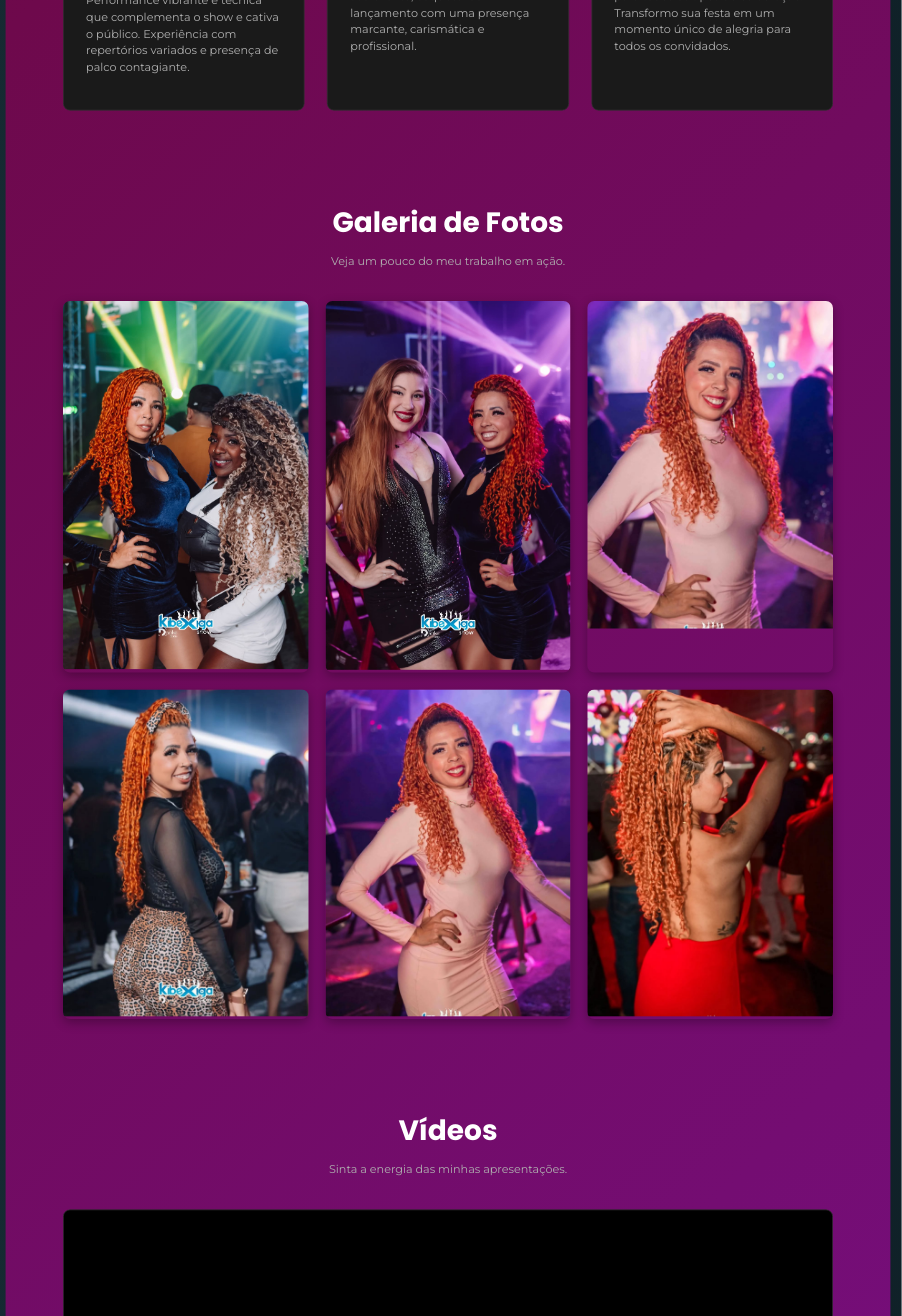
Repository: nardogod/portfolio-mila-machado
Page: /portfolio
The author's editor kept a copy of each file at every save. The page is drawn from the files as they stood at one save, then again after the next save.
The browser window is 1280 px wide. The page is 1288 px wide, so the pictures cover 1288 px, including what lies to the right of the window. The pictures show the part of the page from y = 977 to 2857 px (the page is 3785 px tall), at 70% of full size.
Pictures or frames that could not be fetched are drawn as grey boxes. The project was rebuilt for these pictures with package versions that can differ from the ones it lists, and the page was loaded fresh each time. The framework's server and built-in components were replaced by stand-ins that run in the browser.

Above is the page before, as saved 2025-08-19 04:53:30.

### pages/portfolio.tsx
import type { NextPage } from "next";
import Head from "next/head";
import Image from "next/image";
import Link from "next/link";
import styles from "../styles/Portfolio.module.css";

// --- ESTRUTURA DE DADOS PARA A PÁGINA ---

// Seção principal, o "cartão de visitas" digital dela.
const heroData = {
  title: "Mila Machado",
  subtitle: "Energia e Dança que Transformam o seu Evento",
  description:
    "Especialista em levar alegria e profissionalismo para palcos e festas. Com anos de experiência em forró, presença VIP e animação, garanto um evento inesquecível.",
  imageUrl: "/images/mila-principal.jpg", // Dica: Use a melhor foto dela aqui!
  cta: {
    text: "Faça um Orçamento via WhatsApp",
    link: "https://wa.me/5511999999999", // Dica: Use seu link do WhatsApp aqui
  },
};

// Detalhando os serviços que ela oferece.
const services = [
  {
    id: "danca",
    title: "Dança para Bandas de Forró",
    description:
      "Performance vibrante e técnica que complementa o show e cativa o público. Experiência com repertórios variados e presença de palco contagiante.",
  },
  {
    id: "vip",
    title: "Presença VIP",
    description:
      "Agregue valor e sofisticação ao seu evento, coquetel ou lançamento com uma presença marcante, carismática e profissional.",
  },
  {
    id: "animacao",
    title: "Animação de Festas",
    description:
      "Interação, diversão e personagens para todos os tipos de celebração. Transformo sua festa em um momento único de alegria para todos os convidados.",
  },
];

// --- DADOS DA GALERIA ---
// Dica: Para adicionar mais fotos, coloque os arquivos na pasta `public/images`
// e adicione um novo objeto a este array.
const galleryImages = [
  {
    src: "/images/evento-forro-1.jpg",
    alt: "Mila dançando em show de forró",
  },
  { src: "/images/foto4.jpg", alt: "Mila em evento VIP" },
  {
    src: "/images/foto02.jpg",
    alt: "Mila animando festa com fantasia",
  },
  { src: "/images/foto3.jpg", alt: "Mila em outro show de forró" },
  { src: "/images/foto01.jpg", alt: "Mila em outro show de forró" },
  { src: "/images/foto03.jpg", alt: "Mila em outro show de forró" },
];

const PortfolioPage: NextPage = () => {
  return (
    <div className={styles.container}>
      <Head>
        <title>
          Mila Machado - Dançarina, Presença VIP e Animação de Eventos
        </title>
        <meta
          name="description"
          content="Portfólio de Mila Machado. Contrate para shows de forró, presença VIP e animação de festas. Energia que contagia!"
        />
        <link rel="preconnect" href="https://fonts.googleapis.com" />
        <link
          rel="preconnect"
          href="https://fonts.gstatic.com"
          crossOrigin="anonymous"
        />
        <link
          href="https://fonts.googleapis.com/css2?family=Poppins:wght@700;900&family=Montserrat:wght@400;500&display=swap"
          rel="stylesheet"
        />
      </Head>

      <header className={styles.header}>
        <nav className={styles.navbar}>
          <a href="#servicos" className={styles.navLink}>
            Serviços
          </a>
          <a href="#galeria" className={styles.navLink}>
            Galeria
          </a>
          <a href="#sobre" className={styles.navLink}>
            Sobre Mim
          </a>
          <a href="#contato" className={styles.navLink}>
            Contato
          </a>
        </nav>
      </header>

      <main className={styles.mainContent}>
        {/* Seção Hero - O primeiro impacto */}
        <section className={styles.heroSection}>
          <div className={styles.heroText}>
            <h1 className={styles.title}>{heroData.title}</h1>
            <h2 className={styles.subtitle}>{heroData.subtitle}</h2>
            <p className={styles.description}>{heroData.description}</p>
            <a
              href={heroData.cta.link}
              target="_blank"
              rel="noopener noreferrer"
              className={styles.ctaButton}
            >
              {heroData.cta.text}
            </a>
          </div>
          <div className={styles.heroImageWrapper}>
            <Image
              src={heroData.imageUrl}
              alt={`Foto principal de ${heroData.title}`}
              layout="fill"
              objectFit="cover"
              className={styles.portfolioImage}
              priority // Otimiza o carregamento da imagem principal
            />
          </div>
        </section>

        {/* Seção de Serviços */}
        <section id="servicos" className={styles.skillsSection}>
          <h2 className={styles.skillsTitle}>Meus Serviços</h2>
          <div className={styles.skillsGrid}>
            {services.map((service) => (
              <div key={service.id} className={styles.skillCard}>
                <h3 className={styles.skillCardTitle}>{service.title}</h3>
                <p className={styles.skillCardDescription}>
                  {service.description}
                </p>
              </div>
            ))}
          </div>
        </section>

        {/* Seção de Galeria (Sugestão) */}
        <section
          id="galeria"
          className={`${styles.skillsSection} ${styles.gallerySection}`}
        >
          <h2 className={`${styles.skillsTitle} ${styles.galleryTitle}`}>
            Galeria de Fotos
          </h2>
          <p className={styles.gallerySubtitle}>
            Veja um pouco do meu trabalho em ação.
          </p>
          <div className={styles.galleryGrid}>
            {/* Mapeando as imagens da galeria dinamicamente */}
            {galleryImages.map((image, index) => (
              <div key={index} className={styles.galleryItem}>
                <Image
                  src={image.src}
                  alt={image.alt}
                  layout="responsive"
                  width={500}
                  height={500}
                />
              </div>
            ))}
          </div>
        </section>

        {/* Seção de Vídeos */}
        <section
          id="videos"
          className={`${styles.skillsSection} ${styles.videoSection}`}
        >
          <h2 className={`${styles.skillsTitle} ${styles.videoTitle}`}>
            Vídeos
          </h2>
          <p className={styles.gallerySubtitle}>
            Sinta a energia das minhas apresentações.
          </p>
          <div className={styles.videoWrapper}>
            {/* Dica: Substitua o link abaixo pelo link do seu vídeo no YouTube */}
            <iframe
              src="https://www.youtube.com/embed/VIDEO_ID_AQUI"
              title="YouTube video player"
              frameBorder="0"
              allow="accelerometer; autoplay; clipboard-write; encrypted-media; gyroscope; picture-in-picture"
              allowFullScreen
            ></iframe>
          </div>
        </section>

        <section id="contato" className={styles.contactSection}>
          <h2 className={styles.contactTitle}>Vamos Conversar?</h2>
          <a
            href={heroData.cta.link}
            target="_blank"
            rel="noopener noreferrer"
            className={`${styles.ctaButton} ${styles.submitButton}`}
          >
            Chamar no WhatsApp
          </a>
        </section>
      </main>

      <Link href="/" className={styles.backLink}>
        ↫ Voltar
      </Link>
    </div>
  );
};

export default PortfolioPage;

### styles/globals.css
body {
  /* Este gradiente escuro e sofisticado será a base */
  background: linear-gradient(270deg, #0f2027, #203a43, #2c5364);

  /* A animação fará o gradiente se mover suavemente */
  background-size: 600% 600%;
  animation: gradientAnimation 16s ease infinite;

  color: white; /* Define a cor do texto padrão como branco */
}

@keyframes gradientAnimation {
  0% {
    background-position: 0% 50%;
  }
  50% {
    background-position: 100% 50%;
  }
  100% {
    background-position: 0% 50%;
  }
}

### styles/Portfolio.module.css
/* =================================== */
/*          Configuração Base          */
/* =================================== */
.container {
  display: flex;
  flex-direction: column;
  justify-content: center;
  align-items: center;
  min-height: 100vh;
  padding: 2rem;
  /* Efeito de fundo com gradiente animado */
  background: linear-gradient(315deg, #da3012, #770f85, #680526, #1a0625);
  background-size: 400% 400%;
  animation: gradientAnimation 20s ease-in-out infinite;
  color: #f0f0f0;
}

/* =================================== */
/*              Cabeçalho              */
/* =================================== */
.header {
  position: fixed;
  top: 0;
  left: 0;
  width: 100%;
  background: rgba(0, 0, 0, 0.7);
  -webkit-backdrop-filter: blur(8px);
  backdrop-filter: blur(8px);
  z-index: 100;
  padding: 1rem 0;
  border-bottom: 1px solid rgba(255, 255, 255, 0.1);
}

.navbar {
  max-width: 1100px;
  margin: 0 auto;
  display: flex;
  justify-content: center;
  gap: 2.5rem;
}

.navLink {
  color: #e0e0e0;
  text-decoration: none;
  font-family: "Montserrat", sans-serif;
  font-weight: 500;
  font-size: 1rem;
  transition: color 0.3s ease;
}

.navLink:hover {
  color: #ff0055; /* Cor de destaque */
}

/* =================================== */
/*           Conteúdo Principal        */
/* =================================== */
.mainContent {
  display: flex;
  flex-direction: column;
  gap: 6rem; /* Espaço entre as seções */
  width: 100%;
  max-width: 1100px;
  margin-top: 5rem; /* Espaço para o header fixo */
}

/* Seção Hero - O primeiro impacto */
.heroSection {
  width: 100%;
  display: flex;
  gap: 3rem;
  align-items: center;
  opacity: 0;
  animation: fadeInCard 0.8s 0.2s ease-out forwards;
}

.heroText {
  flex: 1.5;
}

.heroImageWrapper {
  flex: 1;
  position: relative;
  height: 500px;
  border-radius: 10px;
  overflow: hidden;
  box-shadow: 0 10px 30px rgba(0, 0, 0, 0.5);
}

.portfolioImage {
  border-radius: 10px;
  object-fit: cover;
}

.title {
  font-family: "Poppins", sans-serif;
  font-weight: 900;
  font-size: 3.5rem;
  color: #ffffff;
  margin-bottom: 1rem;
  line-height: 1.1;
}

.subtitle {
  font-family: "Poppins", sans-serif;
  font-weight: 700;
  font-size: 1.5rem;
  color: #ff0055;
  margin-bottom: 1.5rem;
}

.description {
  font-family: "Montserrat", sans-serif;
  font-size: 1.1rem;
  line-height: 1.6;
  color: #e0e0e0;
  margin-bottom: 2rem;
  max-width: 600px;
}

.ctaButton {
  font-family: "Poppins", sans-serif;
  background-color: #ff0055;
  color: #ffffff;
  padding: 12px 24px;
  border-radius: 50px;
  text-decoration: none;
  font-weight: 700;
  text-align: center;
  transition: all 0.3s ease;
  border: none;
  cursor: pointer;
}

.ctaButton:hover {
  transform: translateY(-3px);
  box-shadow: 0 10px 20px rgba(255, 0, 85, 0.3);
}

/* =================================== */
/*          Animações e Links          */
/* =================================== */
@keyframes gradientAnimation {
  0% {
    background-position: 0% 50%;
  }
  50% {
    background-position: 100% 50%;
  }
  100% {
    background-position: 0% 50%;
  }
}

@keyframes fadeInCard {
  from {
    opacity: 0;
    transform: translateY(20px);
  }
  to {
    opacity: 1;
    transform: translateY(0);
  }
}

.backLink {
  margin-top: 4rem;
  color: #aaa;
  text-decoration: none;
  transition: color 0.3s ease;
}

.backLink:hover {
  color: #fff;
}

/* =================================== */
/*          Seção de Serviços          */
/* =================================== */
.skillsSection {
  width: 100%;
  max-width: 1100px;
  text-align: center;
  animation: fadeInCard 0.8s 0.5s ease-out forwards;
  opacity: 0;
}

.skillsTitle {
  font-family: "Poppins", sans-serif;
  font-weight: 700;
  font-size: 2.5rem;
  color: #ffffff;
  margin-bottom: 3rem;
}

.skillsGrid {
  display: grid;
  grid-template-columns: repeat(auto-fit, minmax(280px, 1fr));
  gap: 2rem;
}

.skillCard {
  background: #1a1a1a;
  border: 1px solid #333;
  padding: 2rem;
  border-radius: 10px;
  transition: transform 0.3s ease, box-shadow 0.3s ease;
  text-align: left;
}

.skillCard:hover {
  transform: translateY(-5px);
  border-color: #ff0055;
}

.skillCardTitle {
  font-family: "Poppins", sans-serif;
  font-size: 1.25rem;
  color: #ffffff;
  margin-top: 0;
  margin-bottom: 1rem;
}

.skillCardDescription {
  font-family: "Montserrat", sans-serif;
  font-size: 1rem;
  color: #b0b0b0;
  line-height: 1.5;
}

/* =================================== */
/*           Seção de Galeria          */
/* =================================== */
.gallerySection {
  /* Esta classe pode ser usada para adicionar estilos específicos da galeria no futuro */
}

.galleryTitle {
  /* Esta classe pode ser usada para adicionar estilos específicos ao título da galeria */
}

.gallerySubtitle {
  font-family: "Montserrat", sans-serif;
  color: #b0b0b0;
  margin-top: -2rem;
  margin-bottom: 3rem;
}

.galleryGrid {
  display: grid;
  grid-template-columns: repeat(auto-fit, minmax(300px, 1fr));
  gap: 1.5rem;
}

.galleryItem {
  position: relative;
  border-radius: 10px;
  overflow: hidden;
  box-shadow: 0 5px 15px rgba(0, 0, 0, 0.3);
  transition: transform 0.3s ease;
}

.galleryItem:hover {
  transform: scale(1.03);
}

/* =================================== */
/*            Seção de Vídeos          */
/* =================================== */
.videoSection {
  /* Esta classe pode ser usada para adicionar estilos específicos da galeria no futuro */
}

.videoTitle {
  /* Esta classe pode ser usada para adicionar estilos específicos ao título da galeria */
}

/* Wrapper para manter a proporção do vídeo responsivo */
.videoWrapper {
  position: relative;
  padding-bottom: 56.25%; /* Proporção 16:9 */
  height: 0;
  overflow: hidden;
  max-width: 100%;
  background: #000;
  border-radius: 10px;
  border: 1px solid #333;
}

.videoWrapper iframe {
  position: absolute;
  top: 0;
  left: 0;
  width: 100%;
  height: 100%;
}

/* Seção de Contato */
.contactSection {
  width: 100%;
  max-width: 1100px;
  text-align: center;
  animation: fadeInCard 0.8s 0.8s ease-out forwards;
  opacity: 0;
  background: #1a1a1a;
  border-radius: 10px;
  padding: 3rem;
  border: 1px solid #333;
}

.contactTitle {
  font-family: "Poppins", sans-serif;
  font-weight: 700;
  font-size: 2.5rem;
  color: #ffffff;
  margin-bottom: 1.5rem;
}

.submitButton {
  /* Esta classe pode ser usada para adicionar estilos específicos ao botão de contato */
}

/* =================================== */
/*          Responsive Design          */
/* =================================== */
@media (max-width: 768px) {
  .header {
    padding: 0.8rem 0;
  }

  .container {
    padding: 1rem;
  }

  .navbar {
    gap: 1.5rem;
  }

  .mainContent {
    margin-top: 4rem;
    gap: 4rem;
  }

  .heroSection {
    flex-direction: column;
    text-align: center;
  }

  .heroImageWrapper {
    height: 350px;
  }

  .title {
    font-size: 2.5rem;
  }

  .subtitle {
    font-size: 1.2rem;
  }

  .ctaButton {
    align-self: center;
  }

  .skillsGrid {
    grid-template-columns: 1fr;
  }

  .skillsTitle {
    font-size: 2rem;
  }

  .contactSection {
    padding: 2rem;
  }
}

Loaded but not shown: pages/_app.tsx (common file)

After the next save:
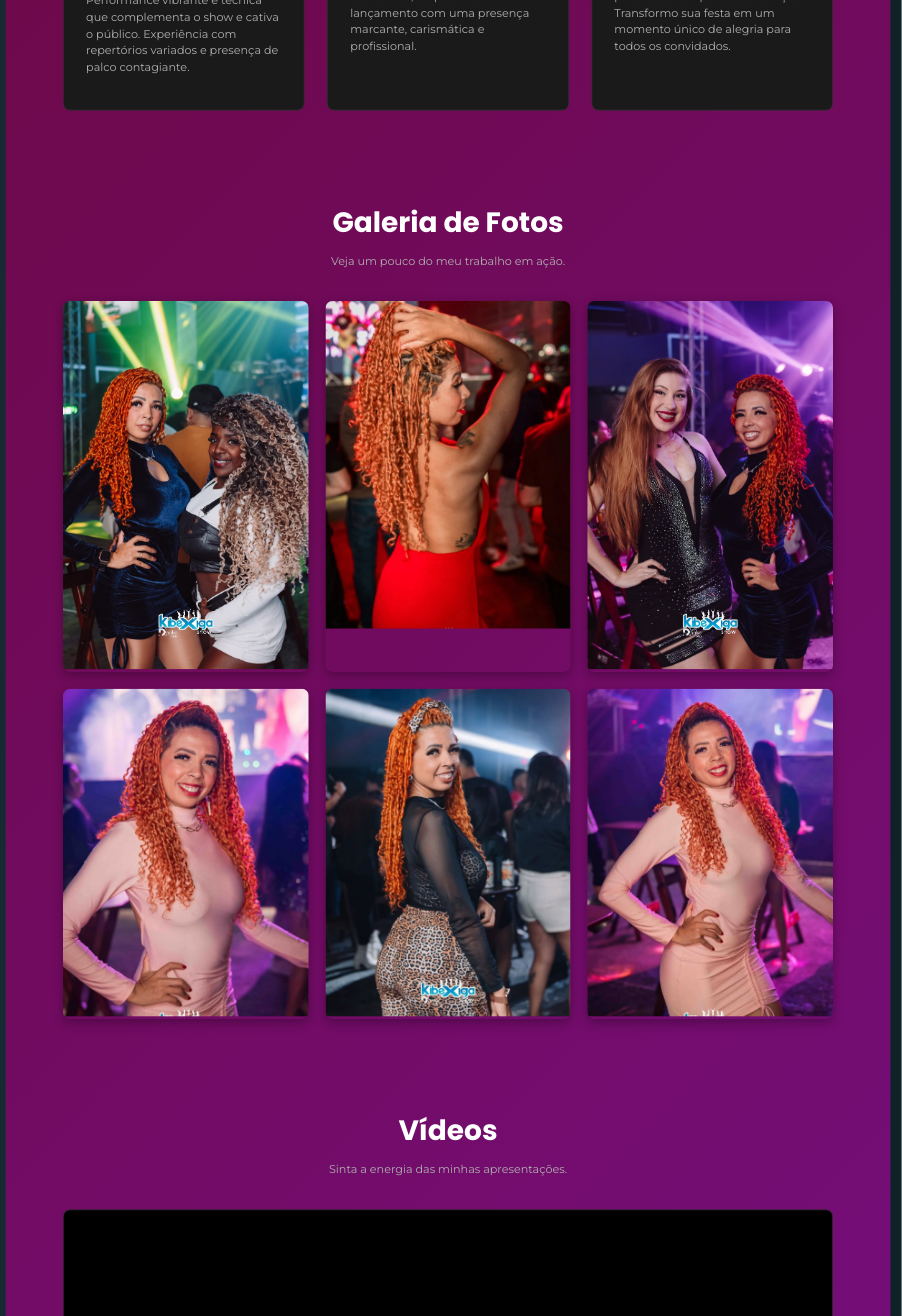
Saved 16 s later.
--- a/pages/portfolio.tsx
+++ b/pages/portfolio.tsx
@@ -49,6 +49,7 @@ const galleryImages = [
     src: "/images/evento-forro-1.jpg",
     alt: "Mila dançando em show de forró",
   },
+  { src: "/images/foto03.jpg", alt: "Mila em outro show de forró" },
   { src: "/images/foto4.jpg", alt: "Mila em evento VIP" },
   {
     src: "/images/foto02.jpg",
@@ -56,7 +57,6 @@ const galleryImages = [
   },
   { src: "/images/foto3.jpg", alt: "Mila em outro show de forró" },
   { src: "/images/foto01.jpg", alt: "Mila em outro show de forró" },
-  { src: "/images/foto03.jpg", alt: "Mila em outro show de forró" },
 ];
 
 const PortfolioPage: NextPage = () => {
